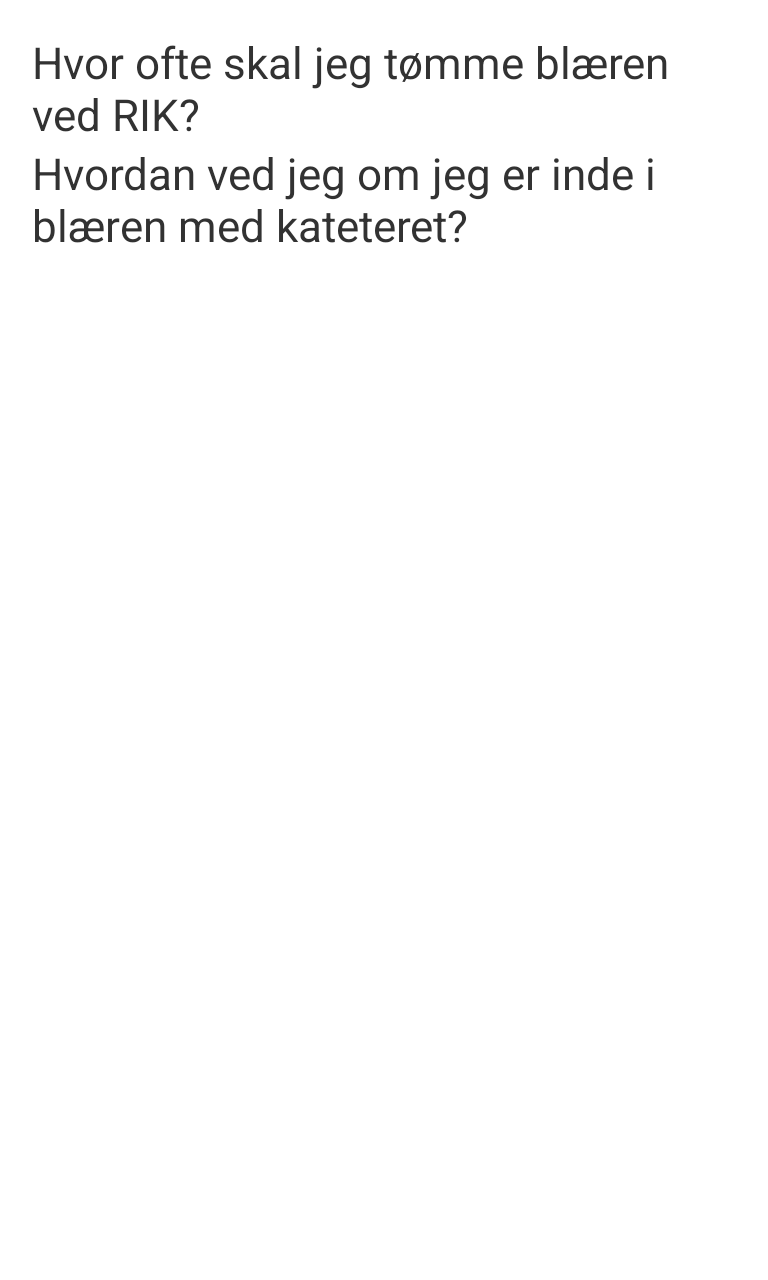
Repository: KingApollo/RIKapp2
Layout: RIKapp/res/layout/activity_information.xml
An editor plug-in stored every save of this project. The layout is shown before and after the next save, followed by the edit.
It is drawn on a 768 x 1280 px phone screen (xhdpi) without system bars, with theme android:Theme.Light.NoTitleBar; the app's code is not run.

Above is the layout before, as saved 2014-10-10 12:12:54.

After the next save:
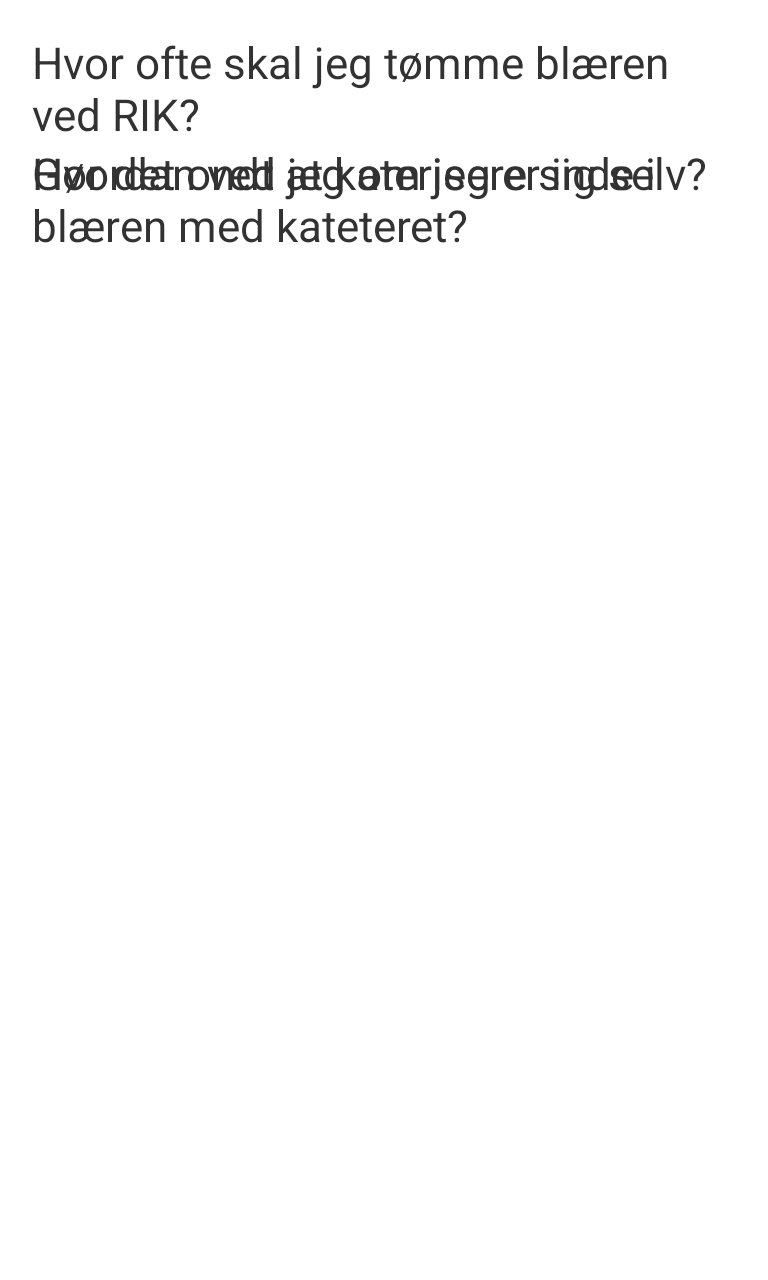
Saved 67 s later.
--- a/RIKapp/res/layout/activity_information.xml
+++ b/RIKapp/res/layout/activity_information.xml
@@ -29,4 +29,15 @@
     android:text="@string/whenBladderQuestion"
     android:textSize="22sp" />
 
+<TextView
+    android:id="@+id/tvWhenBladderQuestion"
+    android:layout_width="wrap_content"
+    android:layout_height="wrap_content"
+    android:layout_alignLeft="@+id/tvHowOftenQuestion"
+    android:layout_below="@+id/tvHowOftenQuestion"
+    android:clickable="true"
+    android:onClick="toggle_contents"
+    android:text="@string/doesItHurtQuestion"
+    android:textSize="22sp" />
+
 </RelativeLayout>
